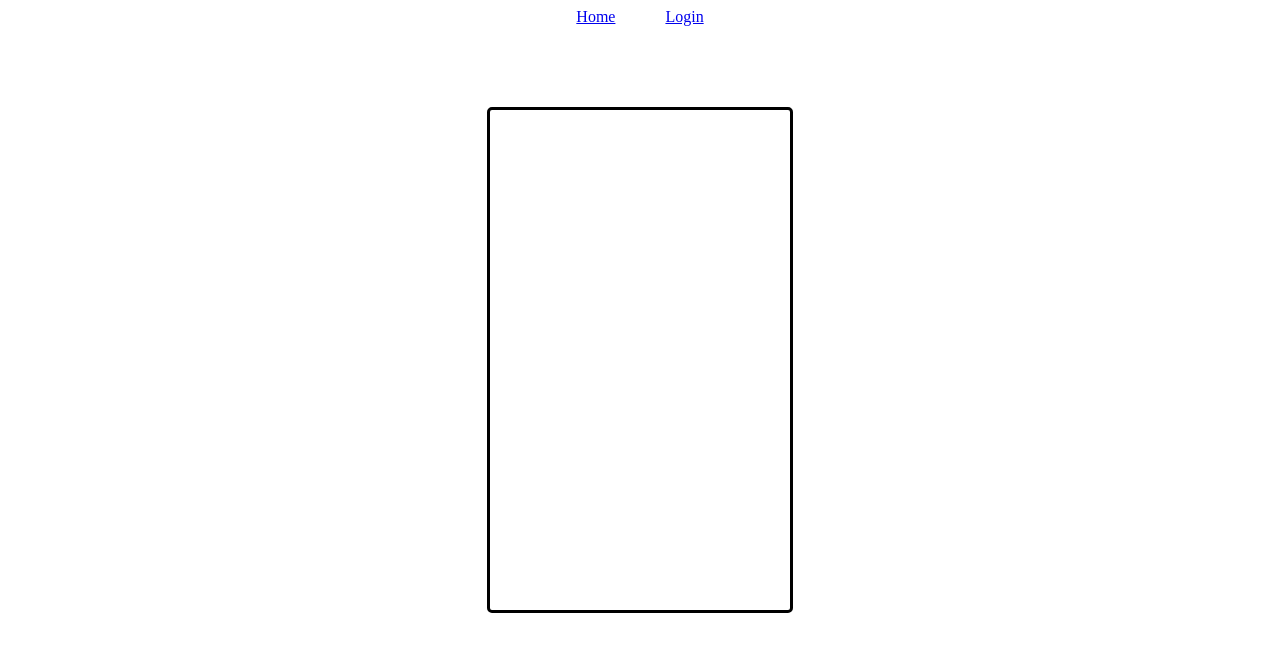
Repository: ghend99/login-page
Page: /change
These files come from the project's save history. The page is drawn as it stood at one moment and after the next save; the edit follows.
The browser window is 1280 px wide. The pictures show the whole page.
Pictures or frames that could not be fetched are drawn as grey boxes. The project was rebuilt for these pictures with package versions that can differ from the ones it lists, and the page was loaded fresh each time. Also part of the build but not shown: src/css/Create2.css, src/pages/Home.tsx, src/config/firebase.ts, src/pages/Login.tsx, src/css/Create.css, src/pages/Create.tsx, src/pages/Create2.tsx.

Above is the page before, as saved 2023-02-15 14:32:59.

### src/App.tsx
import React from "react";
import { BrowserRouter as Router, Routes, Route, Link } from "react-router-dom";
import "./css/App.css";
import "./css/LogIn.css";
import "./css/Create2.css";
import { Home } from "./pages/Home";
import { Login } from "./pages/Login";
import { Create } from "./pages/Create";
import { Create2 } from "./pages/Create2";
import { Change } from "./pages/Change";
import { Navbar } from "./Navbar";
function App() {
  return (
    <div className="App">
      <Router>
        <Navbar />
        <Routes>
          <Route path="/" element={<Home />} />
          <Route path="/login" element={<Login />} />
          <Route path="/change" element={<Change />} />
          <Route path="/create" element={<Create />} />
          <Route path="/create2" element={<Create2 />} />
        </Routes>
      </Router>
    </div>
  );
}

export default App;

### src/css/App.css
.App {
  text-align: center;
}

.App-logo {
  height: 40vmin;
  pointer-events: none;
}

@media (prefers-reduced-motion: no-preference) {
  .App-logo {
    animation: App-logo-spin infinite 20s linear;
  }
}

.App-header {
  background-color: #282c34;
  min-height: 100vh;
  display: flex;
  flex-direction: column;
  align-items: center;
  justify-content: center;
  font-size: calc(10px + 2vmin);
  color: white;
}

.App-link {
  color: #61dafb;
}

@keyframes App-logo-spin {
  from {
    transform: rotate(0deg);
  }
  to {
    transform: rotate(360deg);
  }
}

button {
  cursor: pointer;
}

### src/css/LogIn.css
@import url("https://fonts.googleapis.com/css2?family=Caveat&family=Chakra+Petch:wght@500&display=swap");

.container {
  position: fixed;
  border: solid;
  border-radius: 5px;
  background-color: white;
  height: 500px;
  width: 10%;
  min-width: 300px;
  top: 50%;
  left: 50%;
  transform: translate(-50%, -50%);
  min-width: none;
}

.login-title {
  left: 50px;
}

.navbar-home {
  margin-right: 50px;
}

.main-link {
  position: relative;
  display: grid;
  grid-template-columns: 1fr 1fr;
  border-bottom: solid;
  padding-top: 5px;
  padding-bottom: 5px;
}

.main-link-login,
.main-link-create-account {
  margin-left: 20px;
  font-size: 12px;
  font-size: 18px;
}

.main-login-title {
  position: relative;
  display: flex;
  left: 40px;
  font-size: 20px;
  margin-top: 20px;
  margin-bottom: 10px;
  font-family: "Chakra Petch";
}

.login {
  position: relative;
  display: flex;
  flex-direction: column;
  justify-content: middle;
  width: 300px;
  left: 5%;
  height: 100px;
}

.login-email {
  position: absolute;
  display: flex;
  height: 30px;
  width: 250px;
  margin-top: 15px;
  border: solid;

  border-width: 2.5px;
  border-radius: 2px;
}

.login-email-2 {
  position: absolute;
  display: flex;
  height: 30px;
  width: 250px;
  margin-top: 15px;
  border: solid;
  border-color: orange;
  border-width: 2.5px;
  border-radius: 2px;
}

.login-password {
  position: absolute;
  display: flex;
  margin-top: 40px;
  border: solid;
  height: 30px;
  width: 250px;
  border-width: 2.5px;
  border-radius: 2px;

  vertical-align: center;
  top: 20px;
}

.show-password {
  position: relative;
  left: 90px;
  top: -33px;
}

.login-confirm {
  position: relative;
  display: flex;
  justify-content: center;
  width: 280px;
  height: 30px;
  left: -7px;
  top: 100px;
  margin-top: 15px;
  padding-top: 5px;
  padding-bottom: 5px;
  cursor: pointer;
}

.reset-password {
  display: flex;
  position: relative;
  top: 100px;
}

.login-break {
  position: relative;
  display: flex;
  top: 30px;
  justify-content: center;
}

.google-login {
  position: relative;
  display: flex;
  top: 20px;
  width: 280px;
  height: 30px;
  left: 8px;
  justify-content: center;
  padding-top: 5px;
  padding-bottom: 5px;
}

### src/pages/Change.tsx
import "../css/Change.css";

export const Change = () => {
  return <div className="container-change"></div>;
};

### src/Navbar.tsx
import { Link } from "react-router-dom";

export const Navbar = () => {
  return (
    <div>
      <Link to="/" className="navbar-home">
        Home
      </Link>
      <Link to="/login">Login</Link>
    </div>
  );
};

### src/css/Change.css
.container-change {
  position: fixed;
  border: solid;
  border-radius: 5px;
  background-color: white;
  height: 500px;
  width: 10%;
  min-width: 300px;
  top: 50%;
  left: 50%;
  transform: translate(-50%, -50%);
  min-width: none;
}

### src/components/Header.tsx
import "../css/Header.css";
import { useNavigate } from "react-router-dom";
export const Header = () => {
  const navigate = useNavigate();

  const close = () => {
    navigate("/");
  };

  return (
    <div className="header">
      <img className="header-logo" src={require("../images/logo.png")} />
      <p className="header-title">Next-Gen Gaming</p>

      <img className="header-close" src={require("../images/Close.png")} />
      <button className="header-close--button" onClick={close} />
    </div>
  );
};

### src/components/Footer.tsx
import "../css/Footer.css";

export const Footer = () => {
  return (
    <div className="footer">
      <p className="footer-title">Next-Gen Gaming</p>
      <p className="footer-certification">Ethan Pratt @2023</p>
    </div>
  );
};

### src/components/MainLink.tsx
import { Link } from "react-router-dom";
import "../css/MainLink.css";

export const MainLink = () => {
  return (
    <div className="main-link">
      <Link className="main-link-login" to="/login">
        Log In
      </Link>
      <Link className="main-link-create-account" to="/create">
        Create Account
      </Link>
    </div>
  );
};

### src/css/Header.css
.header {
  position: relative;
  height: 40px;
  border-bottom: solid;
  background-color: black;
}

.header-logo {
  position: absolute;
  display: flex;
  top: -5px;
  height: 50px;
  width: 15%;
}

.header-title {
  position: absolute;
  display: flex;
  margin: 0;
  justify-content: center;
  left: 30%;
  top: 10px;
  font-family: "Chakra Petch";
  color: white;
}

.header-close {
  position: absolute;
  display: flex;
  right: 10px;
  top: 0;
  padding-top: 10px;
  padding-bottom: 10px;
  width: 25px;
  cursor: pointer;
}

.header-close--button {
  position: relative;
  display: flex;
  left: 257px;
  top: 5px;
  width: 37px;
  height: 33px;
  opacity: 0;
}

### src/css/Footer.css
.footer {
  position: fixed;
  height: 30px;
  background-color: black;
  bottom: 0;
  left: 0;
  right: 0;
}

.footer-title {
  position: absolute;
  display: flex;
  left: 5px;
  top: -10px;
  font-family: "Chakra Petch";
  color: white;
}

.footer-certification {
  position: absolute;
  display: flex;
  top: -8px;
  right: 6px;
  color: white;
}

### src/css/MainLink.css
.main-link {
  position: relative;
  display: grid;
  grid-template-columns: 1fr 1fr;
  border-bottom: solid;
  padding-top: 5px;
  padding-bottom: 5px;
  height: 30px;
}

.main-link-login {
  position: absolute;
  display: flex;
  left: 20px;
  margin-left: 20px;
  font-size: 12px;
  font-size: 18px;
  width: 60px;
  justify-content: center;
  padding-top: 8px;
  padding-bottom: 8px;
  text-decoration: none;
  color: black;
}

.main-link-login:hover,
.main-link-create-account:hover {
  border-bottom: solid;
  border-color: black;
}

.main-link-create-account {
  margin-right: 20px;
  font-size: 12px;
  font-size: 18px;
  position: absolute;
  display: flex;
  width: 120px;
  right: 0;
  justify-content: center;
  padding-top: 8px;
  padding-bottom: 8px;
  text-decoration: none;
  color: black;
}

Loaded but not shown: public/index.html (common file); src/index.tsx (common file)

After the next save:
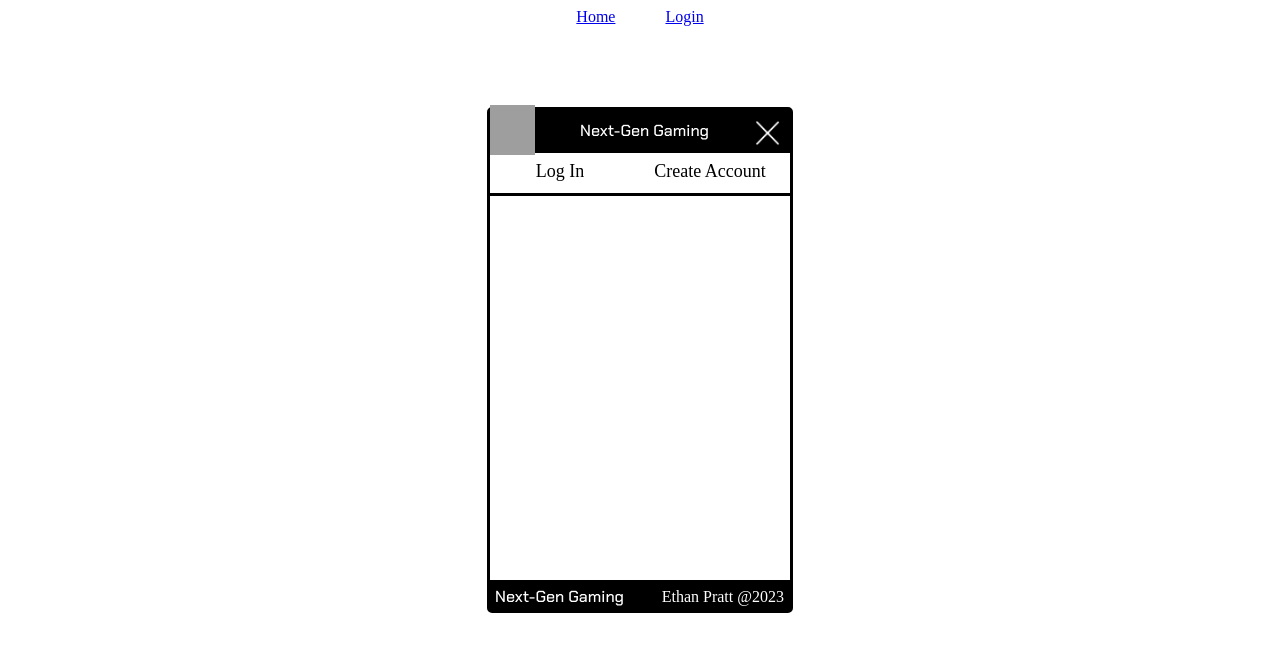
Saved 29 s later.
--- a/src/pages/Change.tsx
+++ b/src/pages/Change.tsx
@@ -1,5 +1,14 @@
 import "../css/Change.css";
+import { Header } from "../components/Header";
+import { Footer } from "../components/Footer";
+import { MainLink } from "../components/MainLink";
 
 export const Change = () => {
-  return <div className="container-change"></div>;
+  return (
+    <div className="container-change">
+      <Header />
+      <MainLink />
+      <Footer />
+    </div>
+  );
 };
